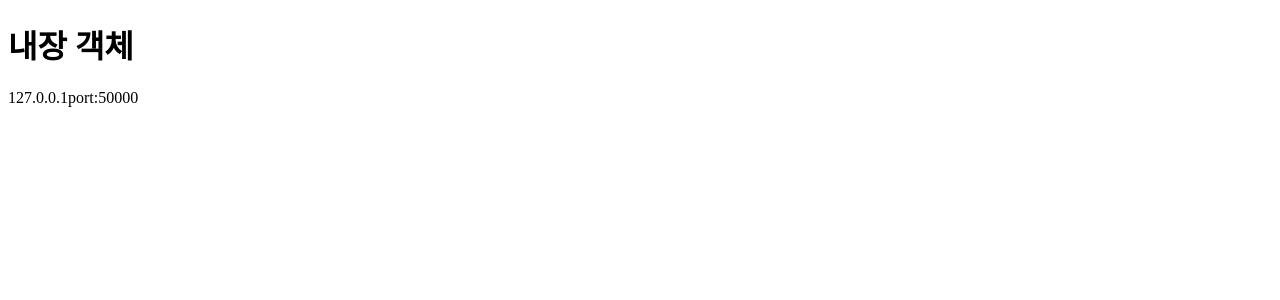
Repository: hwa3845/fullstackjava
Page: http://localhost/web02/ex06.jsp
The author's editor kept a copy of each file at every save. The page is drawn from the files as they stood at one save, then again after the next save.
The browser window is 1280 px wide. The pictures show the whole page.
The page is served by Tomcat 9.

Above is the page before, as saved 2025-04-15 03:10:23.

After the next save:
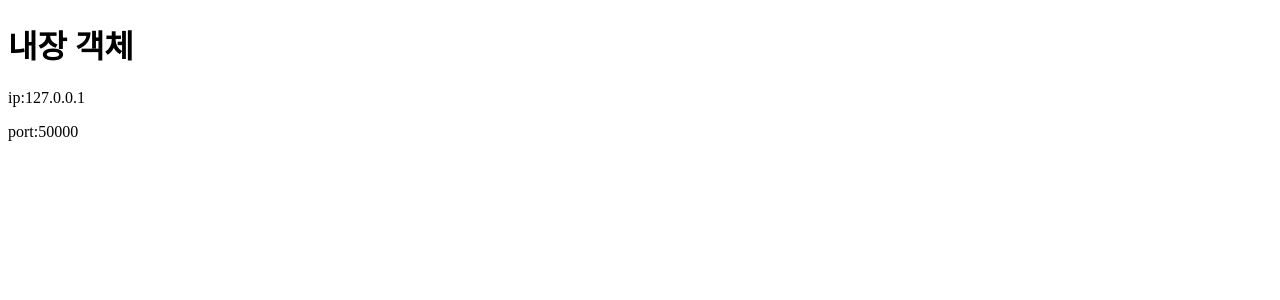
Saved 37 s later.
--- a/webWorkspace/web02/WebContent/ex06.jsp
+++ b/webWorkspace/web02/WebContent/ex06.jsp
@@ -10,9 +10,9 @@
 <h1>내장 객체</h1>
 <%
 String addr=request.getRemoteAddr();
-out.print(addr); //내 IP 주소
+out.print("<p>ip:"+addr+"</p>"); //내 IP 주소
 int port=request.getRemotePort();
-out.print("port:"+port);
+out.print("<p>port:"+port+"</p>");
 %>
 </body>
 </html>
